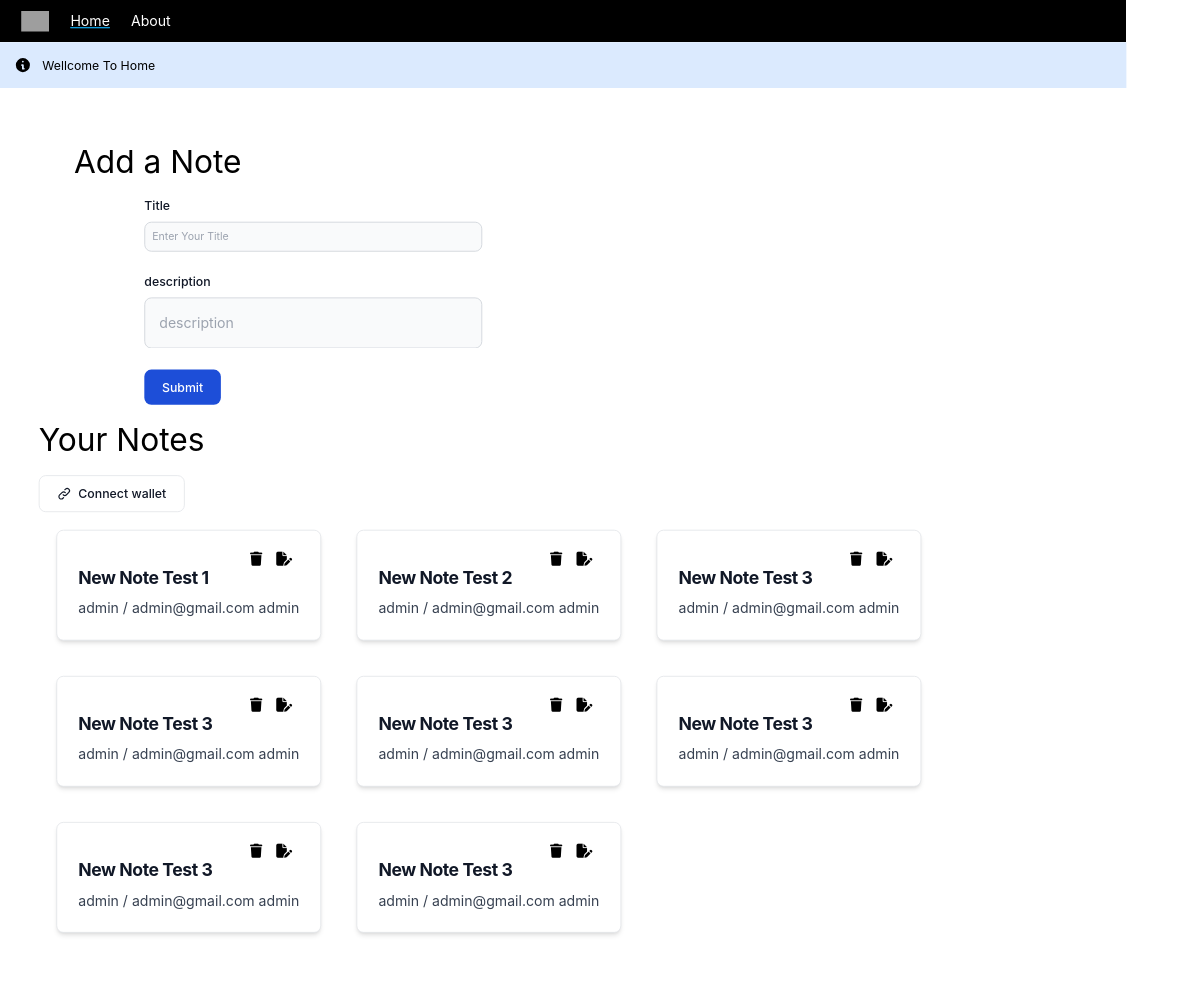
Repository: sonawaneteju4/iNote
Page: /
The author's editor kept a copy of each file at every save. The page is drawn from the files as they stood at one save, then again after the next save.
The browser window is 1280 px wide. The page is 1364 px wide, so the pictures cover 1364 px, including what lies to the right of the window. The pictures show the whole page, at 88% of full size.
Pictures or frames that could not be fetched are drawn as grey boxes. Some web libraries are served in a nearby version. The project was rebuilt for these pictures with package versions that can differ from the ones it lists, and the page was loaded fresh each time. Also part of the build but not shown: src/components/About.js.

Above is the page before, as saved 2022-10-10 20:04:41.

### public/index.html
<!DOCTYPE html>
<html lang="en">
  <head>
    <meta charset="utf-8" />
    <link rel="icon" href="%PUBLIC_URL%/favicon.ico" />
    <meta name="viewport" content="width=device-width, initial-scale=1" />
    <meta name="theme-color" content="#000000" />
    <meta
      name="description"
      content="Web site created using create-react-app"
    />
    <link rel="apple-touch-icon" href="%PUBLIC_URL%/logo192.png" />

    <link rel="manifest" href="%PUBLIC_URL%/manifest.json" />

    <title>iNote - Secured Notes On Cloud</title>
  </head>
  <body>
    <noscript>You need to enable JavaScript to run this app.</noscript>
    <script src="https://kit.fontawesome.com/61d960ae85.js" crossorigin="anonymous"></script>
    <div id="root"></div>
  </body>
</html>

### src/App.js
import "./App.css";
import { BrowserRouter, Routes, Route } from "react-router-dom";
import Navbar from "./components/Navbar";
import Home from "./components/Home";
import About from "./components/About";
import NoteState from "./context/notes/NoteState";
import Alert from "./components/Alert";

function App() {
  return (
    <>
      <NoteState>
        <BrowserRouter>
          <Navbar />
          <Alert message="Wellcome To Home"/>
          <div className="container m-11">

          <Routes>
            <Route exact path="/" element={<Home />}></Route>
            <Route exact path="/about" element={<About />}></Route>
          </Routes>
          </div>
        </BrowserRouter>
      </NoteState>
    </>
  );
}

export default App;

### src/App.css
.App {
  text-align: center;
}

.App-logo {
  height: 40vmin;
  pointer-events: none;
}

@media (prefers-reduced-motion: no-preference) {
  .App-logo {
    animation: App-logo-spin infinite 20s linear;
  }
}

.App-header {
  background-color: #282c34;
  min-height: 100vh;
  display: flex;
  flex-direction: column;
  align-items: center;
  justify-content: center;
  font-size: calc(10px + 2vmin);
  color: white;
}

.App-link {
  color: #61dafb;
}

@keyframes App-logo-spin {
  from {
    transform: rotate(0deg);
  }
  to {
    transform: rotate(360deg);
  }
}
i{cursor: pointer;

}

### src/components/Navbar.js
import React, {useEffect} from 'react'
import { Link, useLocation } from 'react-router-dom'

const Navbar = () => {
  let location = useLocation();
  useEffect(() => {
    console.log(location.pathname);
  }, [location])

  return (
    <nav className='flex bg-black text-white sticky top-0'>
        <ul className='flex m-3'>
            <li className='px-3'><Link to="/"><img alt="Logo" className='h-6' src='https://i.ibb.co/yyD6c8M/i-NOTE-3.png'></img></Link></li>
            <li className={`px-3  ${location.pathname==='/'? "underline decoration-sky-500": ""}`}><Link to="/">Home</Link></li>
            <li className={`px-3  ${location.pathname==='/about'? "underline decoration-sky-500": ""}`}><Link to="/about">About</Link></li>
        </ul>

    </nav>
  )
}

export default Navbar

### src/components/Home.js
import React from 'react'
// import NoteState from '../context/notes/NoteState';
import Notes from './Notes';

const Home = () => {

  return (
    <>
      <Notes/>
    </>

  )
}

export default Home

### src/context/notes/NoteState.js
import { useState } from 'react';
import NoteContext from './NoteContext';


const NoteState = (props) =>{
    const notesInitial = [
        {
          "_id": "6343f8ff5e6343bed4b7ddb5",
          "user": "63402d7553af99b0eef26534",
          "title": "New Note Test 1 ",
          "description": "admin / admin@gmail.com admin",
          "tag": "test",
          "date": "1665390388538",
          "__v": 0
        },
        {
          "_id": "6343f90f5e6343bed4b7ddb8",
          "user": "63402d7553af99b0eef26534",
          "title": "New Note Test 2 ",
          "description": "admin / admin@gmail.com admin",
          "tag": "test",
          "date": "1665390388538",
          "__v": 0
        },
        {
          "_id": "6343f9155e6343bed4b7ddba",
          "user": "63402d7553af99b0eef26534",
          "title": "New Note Test 3 ",
          "description": "admin / admin@gmail.com admin",
          "tag": "test",
          "date": "1665390388538",
          "__v": 0
        },
        {
            "_id": "6343f9155e6343bed4b7ddba",
            "user": "63402d7553af99b0eef26534",
            "title": "New Note Test 3 ",
            "description": "admin / admin@gmail.com admin",
            "tag": "test",
            "date": "1665390388538",
            "__v": 0
          },
          {
            "_id": "6343f9155e6343bed4b7ddba",
            "user": "63402d7553af99b0eef26534",
            "title": "New Note Test 3 ",
            "description": "admin / admin@gmail.com admin",
            "tag": "test",
            "date": "1665390388538",
            "__v": 0
          },
          {
            "_id": "6343f9155e6343bed4b7ddba",
            "user": "63402d7553af99b0eef26534",
            "title": "New Note Test 3 ",
            "description": "admin / admin@gmail.com admin",
            "tag": "test",
            "date": "1665390388538",
            "__v": 0
          },
          {
            "_id": "6343f9155e6343bed4b7ddba",
            "user": "63402d7553af99b0eef26534",
            "title": "New Note Test 3 ",
            "description": "admin / admin@gmail.com admin",
            "tag": "test",
            "date": "1665390388538",
            "__v": 0
          },
          {
            "_id": "6343f9155e6343bed4b7ddba",
            "user": "63402d7553af99b0eef26534",
            "title": "New Note Test 3 ",
            "description": "admin / admin@gmail.com admin",
            "tag": "test",
            "date": "1665390388538",
            "__v": 0
          }
      ]
      const [notes, setNotes] = useState(notesInitial)

      //Add a Note
      const addNote = (title, description,tag)=>{
        const note = {
          "_id": "6343f9155e6343bed4b7ddba",
          "user": "63402d7553af99b0eef26534",
          "title": title,
          "description": description,
          "tag": tag,
          "date": "1665390388538",
          "__v": 0
        };
        setNotes(notes.concat(note))
      }

      // Delete a Note
      const deleteNote = (id)=>{
        console.log(id)
        const newNotes = notes.filter((note)=>{return note._id!==id})
        setNotes(newNotes)
      }

      //Edit a Note
const editNote = (id, title, description,tag)=>{

}

    return(

        <NoteContext.Provider value={{notes, notesInitial, addNote ,deleteNote ,editNote }}>
            {props.children}
        </NoteContext.Provider>
            )
}

export default NoteState;

### src/components/Alert.js
import React from 'react'

const Alert = (props) => {
  return (
    <div className=''>
      <div className="flex p-4 mb-4 text-sm bg-blue-100 rounded-lgz text-black " role="alert">
  <svg aria-hidden="true" className="flex-shrink-0 inline w-5 h-5 mr-3" fill="currentColor" viewBox="0 0 20 20" xmlns="http://www.w3.org/2000/svg"><path fill-rule="evenodd" d="M18 10a8 8 0 11-16 0 8 8 0 0116 0zm-7-4a1 1 0 11-2 0 1 1 0 012 0zM9 9a1 1 0 000 2v3a1 1 0 001 1h1a1 1 0 100-2v-3a1 1 0 00-1-1H9z" clip-rule="evenodd"></path></svg>
  {props.message}
  </div>
    </div>
  )
}

export default Alert

### src/components/Notes.js
import React, {useContext } from 'react'
import NoteContext from '../context/notes/NoteContext';
import AddNote from './AddNote';
import NoteItem from './NoteItem';


const Notes = () => {
    const context = useContext(NoteContext);
    const {notes, addNote} = context
  return (
    <div>
        <AddNote/>
      <h1 className='py-5 text-4xl'>Your Notes</h1>
<div>

<button type="button" data-modal-toggle="crypto-modal" className="text-gray-900 bg-white hover:bg-gray-100 border border-gray-200 focus:ring-4 focus:outline-none focus:ring-gray-100 font-medium rounded-lg text-sm px-5 py-2.5 text-center inline-flex items-center dark:focus:ring-gray-600 dark:bg-gray-800 dark:border-gray-700 dark:text-white dark:hover:bg-gray-700">
  <svg aria-hidden="true" className="mr-2 w-4 h-4" fill="none" stroke="currentColor" viewBox="0 0 24 24" xmlns="http://www.w3.org/2000/svg"><path stroke-linecap="round" stroke-linejoin="round" stroke-width="2" d="M13.828 10.172a4 4 0 00-5.656 0l-4 4a4 4 0 105.656 5.656l1.102-1.101m-.758-4.899a4 4 0 005.656 0l4-4a4 4 0 00-5.656-5.656l-1.1 1.1"></path></svg>
  Connect wallet
</button>


<div id="crypto-modal" tabindex="-1" aria-hidden="true" className="hidden overflow-y-auto overflow-x-hidden fixed top-0 right-0 left-0 z-50 w-full md:inset-0 h-modal md:h-full justify-center items-center">
    <div className="relative p-4 w-full max-w-md h-full md:h-auto">

        <div className="relative bg-white rounded-lg shadow dark:bg-gray-700">
            <button type="button" className="absolute top-3 right-2.5 text-gray-400 bg-transparent hover:bg-gray-200 hover:text-gray-900 rounded-lg text-sm p-1.5 ml-auto inline-flex items-center dark:hover:bg-gray-800 dark:hover:text-white" data-modal-toggle="crypto-modal">
                <svg aria-hidden="true" className="w-5 h-5" fill="currentColor" viewBox="0 0 20 20" xmlns="http://www.w3.org/2000/svg"><path fill-rule="evenodd" d="M4.293 4.293a1 1 0 011.414 0L10 8.586l4.293-4.293a1 1 0 111.414 1.414L11.414 10l4.293 4.293a1 1 0 01-1.414 1.414L10 11.414l-4.293 4.293a1 1 0 01-1.414-1.414L8.586 10 4.293 5.707a1 1 0 010-1.414z" clip-rule="evenodd"></path></svg>
                <span className="sr-only">Close modal</span>
            </button>

            <div className="py-4 px-6 rounded-t border-b dark:border-gray-600">
                <h3 className="text-base font-semibold text-gray-900 lg:text-xl dark:text-white">
                    Connect wallet
                </h3>
            </div>

            <div className="p-6">
                <div>
                    <a href="#" className="inline-flex items-center text-xs font-normal text-gray-500 hover:underline dark:text-gray-400">
                        <svg aria-hidden="true" className="mr-2 w-3 h-3" focusable="false" data-prefix="far" data-icon="question-circle" role="img" xmlns="http://www.w3.org/2000/svg" viewBox="0 0 512 512"><path fill="currentColor" d="M256 8C119.043 8 8 119.083 8 256c0 136.997 111.043 248 248 248s248-111.003 248-248C504 119.083 392.957 8 256 8zm0 448c-110.532 0-200-89.431-200-200 0-110.495 89.472-200 200-200 110.491 0 200 89.471 200 200 0 110.53-89.431 200-200 200zm107.244-255.2c0 67.052-72.421 68.084-72.421 92.863V300c0 6.627-5.373 12-12 12h-45.647c-6.627 0-12-5.373-12-12v-8.659c0-35.745 27.1-50.034 47.579-61.516 17.561-9.845 28.324-16.541 28.324-29.579 0-17.246-21.999-28.693-39.784-28.693-23.189 0-33.894 10.977-48.942 29.969-4.057 5.12-11.46 6.071-16.666 2.124l-27.824-21.098c-5.107-3.872-6.251-11.066-2.644-16.363C184.846 131.491 214.94 112 261.794 112c49.071 0 101.45 38.304 101.45 88.8zM298 368c0 23.159-18.841 42-42 42s-42-18.841-42-42 18.841-42 42-42 42 18.841 42 42z"></path></svg>
                        Why do I need to connect with my wallet?</a>
                </div>
            </div>
        </div>
    </div>
</div>

</div>
    <div className='flex flex-wrap'>
        {notes.map((note)=>{
            return <NoteItem key={note._id} note={note}/>;
        })}
    </div>
        </div>
  )
}

export default Notes

### src/components/AddNote.js
import React, {useContext, useState}from 'react'
import NoteContext from '../context/notes/NoteContext';

const AddNote = () => {
    const context = useContext(NoteContext);
    const {addNote} = context;
    const [note, setnote] = useState({title:"", description:"", tag:"default"})
    const handleClick = (e)=>{
      e.preventDefault()
        addNote(note.title, note.description, note.tag);
    }
    const onChange = (e)=>{
      setnote({...note, [e.target.name]: e.target.value})
    }

  return (
    <div>
    <div className='text-black'>
      <div className='mx-10'>
        <h1 className='py-5 text-4xl'>Add a Note</h1>
        <form className=''>

        <form className='container mx-20'>
  <div className="relative z-0 mb-6 w-full group">
      <label for="title" className="block mb-2 text-sm font-medium text-gray-900">Title</label>
      <input  onChange={onChange} type="text" name="title" id="title" className="block p-2 w-96 text-gray-900 bg-gray-50 rounded-lg border border-gray-300 sm:text-xs focus:ring-blue-500 focus:border-blue-500" placeholder="Enter Your Title" required=""/>
  </div>
  <div className="relative z-0 mb-6 w-full group">
      <label for="description" className="block mb-2 text-sm font-medium text-gray-900">description</label>
      <input onChange={onChange} type="desc" name="description" id="description" className="block p-4 w-96 text-gray-900 bg-gray-50 rounded-lg border border-gray-300 sm:text-md focus:ring-blue-500 focus:border-blue-500" placeholder="description" required=""/>
  </div>
  <button onClick={handleClick} type="submit" className="text-white bg-blue-700 hover:bg-blue-800 focus:ring-4 focus:outline-none focus:ring-blue-300 font-medium rounded-lg text-sm w-full sm:w-auto px-5 py-2.5 text-center dark:bg-blue-600 dark:hover:bg-blue-700 dark:focus:ring-blue-800">Submit</button>
</form>

        </form>
      </div>
    </div>
    </div>
  )
}

export default AddNote

### src/components/NoteItem.js
import React, { useContext } from "react";
import NoteContext from '../context/notes/NoteContext';


const NoteItem = (props) => {
 const context = useContext(NoteContext)
  const {deleteNote} = context;
  const { note } = props;
  return (
    <div className="p-5">
      <div class="p-6 max-w-sm bg-white rounded-lg border border-gray-200 shadow-md hover:bg-gray-100">
        <div className="flex item-start justify-end">
          <i class="fa-solid fa-trash mx-2" onClick={()=>{deleteNote(note._id)}}></i>
          <i class="fa-solid fa-file-pen mx-2"></i>
        </div>
          <h5 class="mb-2 text-xl font-bold tracking-tight text-gray-900">
            {note.title}
          </h5>
        <p class="font-normal text-gray-700"> {note.description}</p>
      </div>
    </div>
  );
};

export default NoteItem;

Loaded but not shown: src/index.js (common file); src/index.css (common file); src/context/notes/NoteContext.js (common file); tailwind.config.js (common file)

After the next save:
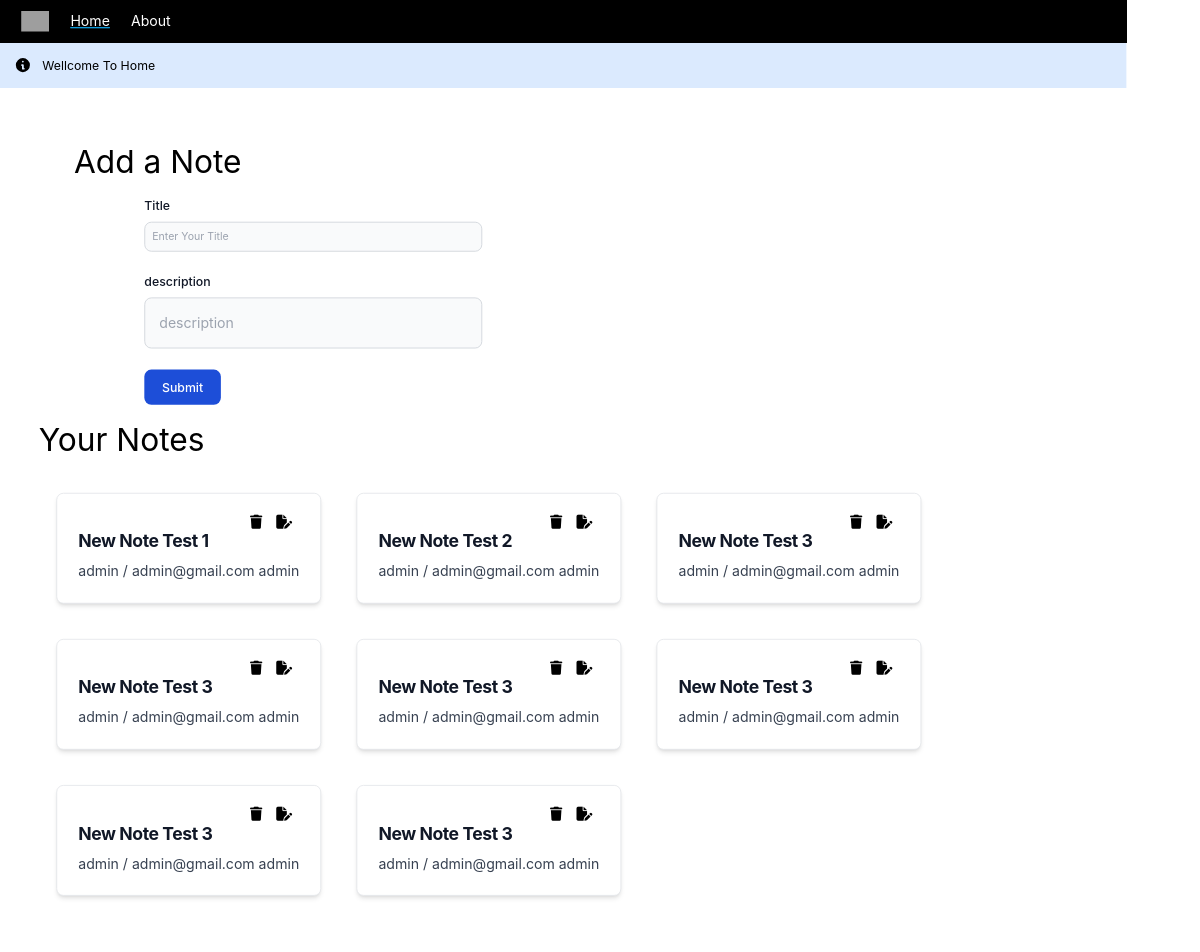
Saved 11 s later.
--- a/src/components/Notes.js
+++ b/src/components/Notes.js
@@ -11,41 +11,7 @@ const Notes = () => {
     <div>
         <AddNote/>
       <h1 className='py-5 text-4xl'>Your Notes</h1>
-<div>
 
-<button type="button" data-modal-toggle="crypto-modal" className="text-gray-900 bg-white hover:bg-gray-100 border border-gray-200 focus:ring-4 focus:outline-none focus:ring-gray-100 font-medium rounded-lg text-sm px-5 py-2.5 text-center inline-flex items-center dark:focus:ring-gray-600 dark:bg-gray-800 dark:border-gray-700 dark:text-white dark:hover:bg-gray-700">
-  <svg aria-hidden="true" className="mr-2 w-4 h-4" fill="none" stroke="currentColor" viewBox="0 0 24 24" xmlns="http://www.w3.org/2000/svg"><path stroke-linecap="round" stroke-linejoin="round" stroke-width="2" d="M13.828 10.172a4 4 0 00-5.656 0l-4 4a4 4 0 105.656 5.656l1.102-1.101m-.758-4.899a4 4 0 005.656 0l4-4a4 4 0 00-5.656-5.656l-1.1 1.1"></path></svg>
-  Connect wallet
-</button>
-
-
-<div id="crypto-modal" tabindex="-1" aria-hidden="true" className="hidden overflow-y-auto overflow-x-hidden fixed top-0 right-0 left-0 z-50 w-full md:inset-0 h-modal md:h-full justify-center items-center">
-    <div className="relative p-4 w-full max-w-md h-full md:h-auto">
-
-        <div className="relative bg-white rounded-lg shadow dark:bg-gray-700">
-            <button type="button" className="absolute top-3 right-2.5 text-gray-400 bg-transparent hover:bg-gray-200 hover:text-gray-900 rounded-lg text-sm p-1.5 ml-auto inline-flex items-center dark:hover:bg-gray-800 dark:hover:text-white" data-modal-toggle="crypto-modal">
-                <svg aria-hidden="true" className="w-5 h-5" fill="currentColor" viewBox="0 0 20 20" xmlns="http://www.w3.org/2000/svg"><path fill-rule="evenodd" d="M4.293 4.293a1 1 0 011.414 0L10 8.586l4.293-4.293a1 1 0 111.414 1.414L11.414 10l4.293 4.293a1 1 0 01-1.414 1.414L10 11.414l-4.293 4.293a1 1 0 01-1.414-1.414L8.586 10 4.293 5.707a1 1 0 010-1.414z" clip-rule="evenodd"></path></svg>
-                <span className="sr-only">Close modal</span>
-            </button>
-
-            <div className="py-4 px-6 rounded-t border-b dark:border-gray-600">
-                <h3 className="text-base font-semibold text-gray-900 lg:text-xl dark:text-white">
-                    Connect wallet
-                </h3>
-            </div>
-
-            <div className="p-6">
-                <div>
-                    <a href="#" className="inline-flex items-center text-xs font-normal text-gray-500 hover:underline dark:text-gray-400">
-                        <svg aria-hidden="true" className="mr-2 w-3 h-3" focusable="false" data-prefix="far" data-icon="question-circle" role="img" xmlns="http://www.w3.org/2000/svg" viewBox="0 0 512 512"><path fill="currentColor" d="M256 8C119.043 8 8 119.083 8 256c0 136.997 111.043 248 248 248s248-111.003 248-248C504 119.083 392.957 8 256 8zm0 448c-110.532 0-200-89.431-200-200 0-110.495 89.472-200 200-200 110.491 0 200 89.471 200 200 0 110.53-89.431 200-200 200zm107.244-255.2c0 67.052-72.421 68.084-72.421 92.863V300c0 6.627-5.373 12-12 12h-45.647c-6.627 0-12-5.373-12-12v-8.659c0-35.745 27.1-50.034 47.579-61.516 17.561-9.845 28.324-16.541 28.324-29.579 0-17.246-21.999-28.693-39.784-28.693-23.189 0-33.894 10.977-48.942 29.969-4.057 5.12-11.46 6.071-16.666 2.124l-27.824-21.098c-5.107-3.872-6.251-11.066-2.644-16.363C184.846 131.491 214.94 112 261.794 112c49.071 0 101.45 38.304 101.45 88.8zM298 368c0 23.159-18.841 42-42 42s-42-18.841-42-42 18.841-42 42-42 42 18.841 42 42z"></path></svg>
-                        Why do I need to connect with my wallet?</a>
-                </div>
-            </div>
-        </div>
-    </div>
-</div>
-
-</div>
     <div className='flex flex-wrap'>
         {notes.map((note)=>{
             return <NoteItem key={note._id} note={note}/>;
